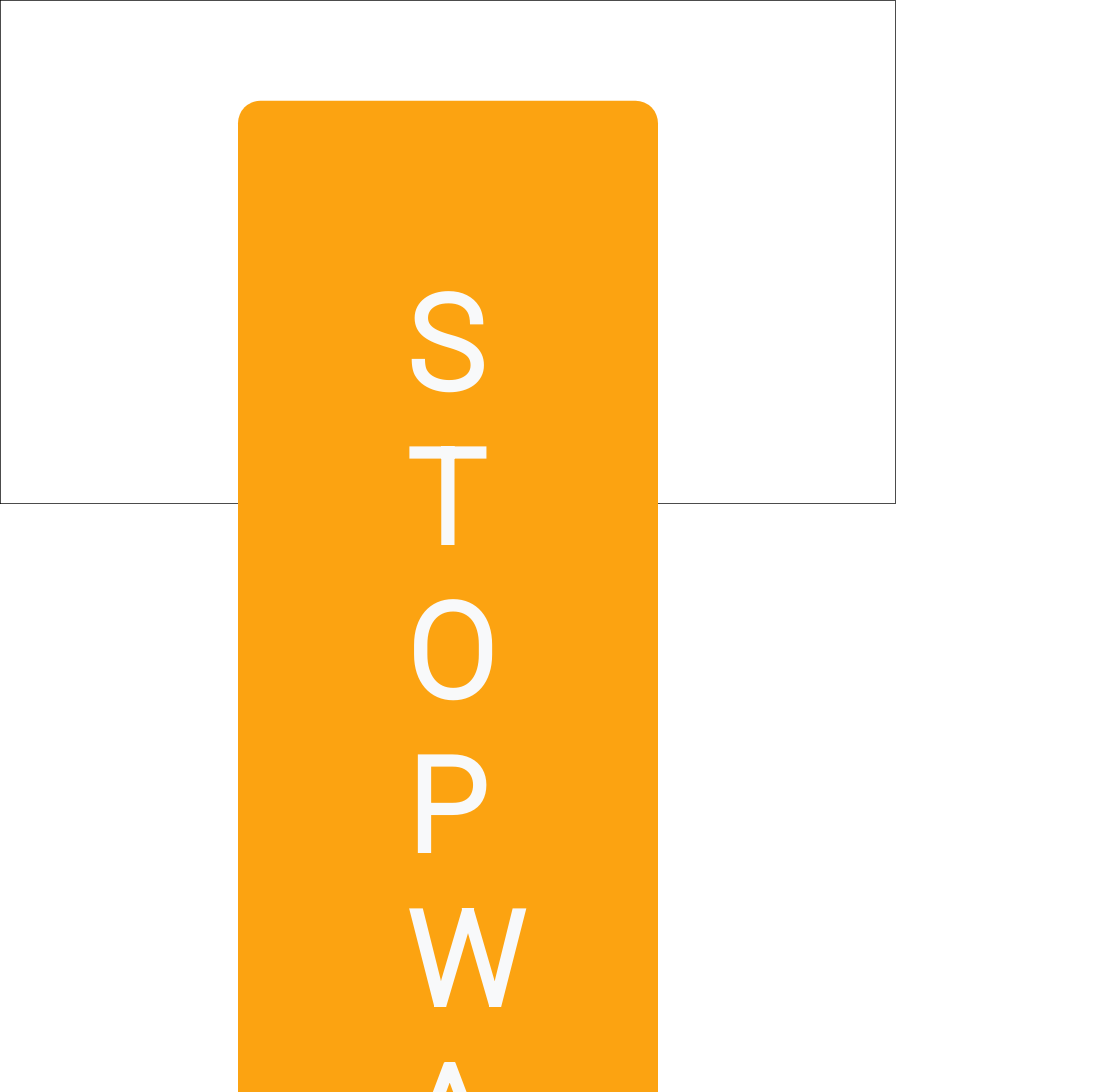
Repository: siaxiong/siaxiong.github.io
Page: doc/stopWatch.html
An editor plug-in stored every save of this project. The page is shown before and after the next save, followed by the edit.
The browser window is 1280 px wide. The page is 1576 px wide, then 1280 px, so the pictures cover 1576 px, including what lies to the right of the window. The pictures show the part of the page from y = 0 to 1560 px (the page is 9195 px tall before and 720 px after), at 70% of full size.

Above is the page before, as saved 2021-03-11 16:25:02.

### doc/stopWatch.html
<!DOCTYPE html>
<html lang="en">

<head>
    <meta charset="UTF-8">
    <meta http-equiv="X-UA-Compatible" content="IE=edge">
    <meta name="viewport" content="width=device-width, initial-scale=1.0">
    <link rel="preconnect" href="https://fonts.gstatic.com">
    <link href="https://fonts.googleapis.com/css2?family=Roboto:wght@300&display=swap" rel="stylesheet">
    <title>StopWatch</title>
</head>

<style>
    * {
        box-sizing: border-box;
        padding: 0;
        margin: 0;
    }


    .container {
        border: 1px solid black;
        height: 100vh;
    }

    .stopwatch {
        margin: 0 auto;
        max-width: 600px;
        width: 100%;

        color: #f8f9fa;
        font-family: 'Roboto', sans-serif;
        text-align: center;

        font-size: 1.5rem;
        border-radius: 0.2em;

    }

    .stopwatch--orange {
        background-color: #fca311;

    }

    .stopwatch__title,
    .stopwatch__buttons {
        padding: 1.5em;
        /* margin: 1em 0; */
        /* border: 1px solid yellow; */
    }

    .stopwatch__title {
        overflow-wrap: break-word;
        letter-spacing: 0.2em;
        /* font-size: 1.5rem; */
    }

    .stopwatch__title>* + *{
        margin: 0.5em 0;

    }

    .stopwatch__buttons {
        display: flex;
        justify-content: space-around;
        flex-wrap: wrap;
    }

    .stopwatch__button:focus {
        /* outline: none */
    }



    .stopwatch__time {
        overflow-wrap: break-word;
        font-size: 2rem;
        padding: 0.2em;
    }

    .stopwatch__buttons>* {
        border: 1px solid #fff;
        border-radius: 0.2em;
        padding: 0.5em 1.8em;
        font-size: inherit;
        color: inherit;
        background-color: inherit;

    }

    .stopwatch--position {
        position: absolute;
        top: 20%;
        left: 50%;
        transform: translateX(-50%);

    }

    .stopwatch--medium {
        font-size: 10rem;
    }

    @media only screen and (max-width: 700px) {
        .stopwatch {
            max-width: 90%;
        }
    }

    @media only screen and (max-width:556px) {
        .stopwatch__buttons>* {
            flex: 1;
        }
    }
</style>

<body>

    <!-----USE BEM METHODOLOGY-->
    <div class="container">

        <div class="stopwatch stopwatch--orange stopwatch--medium stopwatch--position">
            <div class="stopwatch__title">
                <h3>STOPWATCH</h3>
                <p>VANILLA JAVASCRIPT STOPWATCH</p>
            </div>

            <div id="stopwatch__time" class="stopwatch__time">
                00:00:00

            </div>

            <div class="stopwatch__buttons">
                <button id="stopwatch__button--start" class="stopwatch__button">
                    Start
                </button>
                <button id="stopwatch__button--stop" class="stopwatch__button">
                    Stop
                </button>
                <button id="stopwatch__button--reset"class="stopwatch__button">
                    Reset
                </button>
            </div>

        </div>

    </div>

    <script>

        let startButton = document.getElementById('stopwatch__button--start');
        let stopButton = document.getElementById('stopwatch__button--stop');
        let resetButton = document.getElementById('stopwatch__button--reset');

        let startTime;
        let elapsedTime = 0;
        let timerInterval;

        startButton.addEventListener("click", start);
        stopButton.addEventListener("click", stop);
        resetButton.addEventListener("click", reset);



        function start(){
            startTime = Date.now() - elapsedTime;
            timerInterval = setInterval(function printTime(){
                elapsedTime = Date.now() - startTime;
                print(timeToString(elapsedTime));
            }, 10)
        }

        function stop(){
            clearInterval(timerInterval);
        }

        function reset(){
            clearInterval(timerInterval);
            print("00:00:00");
            elapsedTime = 0;
        }

        function print(txt){
            document.getElementById("stopwatch__time").innerHTML = txt;
        }

        function timeToString(time) {

            let diffInHrs = time / 3600000;
            let hh = Math.floor(diffInHrs)

            let diffInMin = (diffInHrs - hh) * 60;
            let mm = Math.floor(diffInMin)

            let diffInSec = (diffInMin - mm) * 60;
            let ss = Math.floor(diffInSec);

            let DiffInMs = (diffInSec - ss) * 100;
            let ms = Math.floor(DiffInMs);


            let formattedMM = mm.toString().padStart(2, "0");
            let formattedSS = ss.toString().padStart(2, "0");
            let formattedMS = ms.toString().padStart(2, "0");


            return `${formattedMM}:${formattedSS}:${formattedMS}`;
        }




    </script>


</body>

</html>

After the next save:
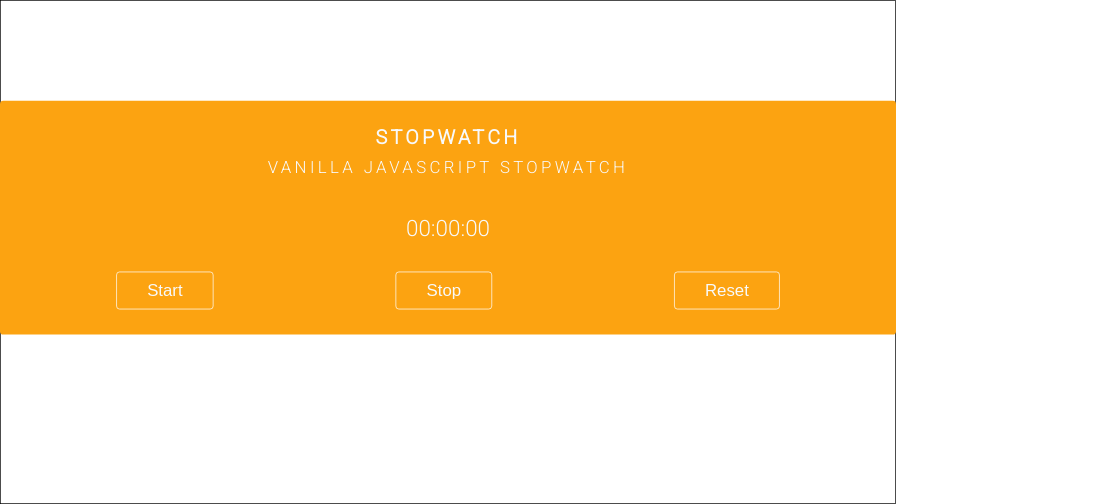
Saved 25 s later.
--- a/doc/stopWatch.html
+++ b/doc/stopWatch.html
@@ -97,7 +97,8 @@
     }
 
     .stopwatch--medium {
-        font-size: 10rem;
+        font-size: 1.5rem;
+        max-width: none;
     }
 
     @media only screen and (max-width: 700px) {
